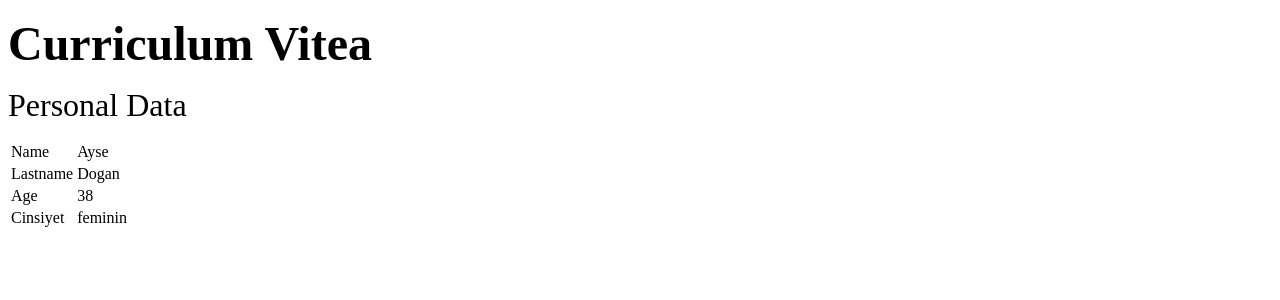
Repository: aysedo/html
Page: Week_2/profile/index.html
The author's editor kept a copy of each file at every save. The page is drawn from the files as they stood at one save, then again after the next save.
The browser window is 1280 px wide. The pictures show the whole page.

Above is the page before, as saved 2021-08-25 20:57:26.

After the next save:
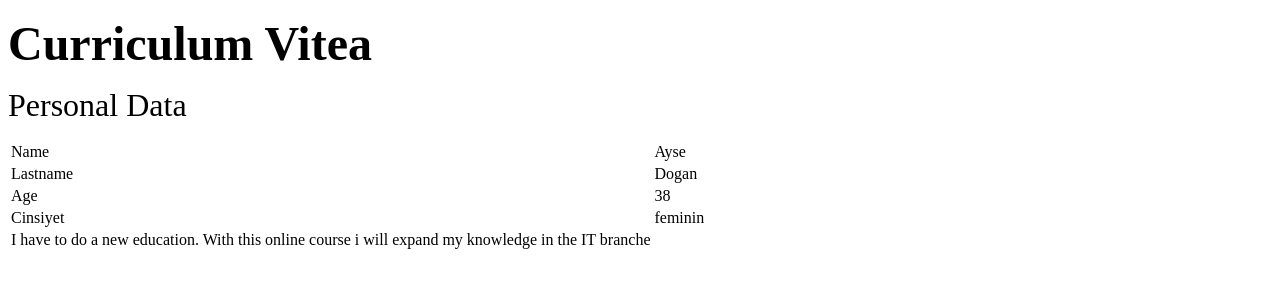
Saved 4 min 40 s later.
--- a/Week_2/profile/index.html
+++ b/Week_2/profile/index.html
@@ -24,7 +24,7 @@
           <td>Cinsiyet</td>
           <td>feminin</td>
           <tr/>
-          <td></td>
+          <td>I have to do a new education. With this online course i will expand my knowledge in the IT branche</td>
           <td></td>
           <td></td>
           <td></td>
